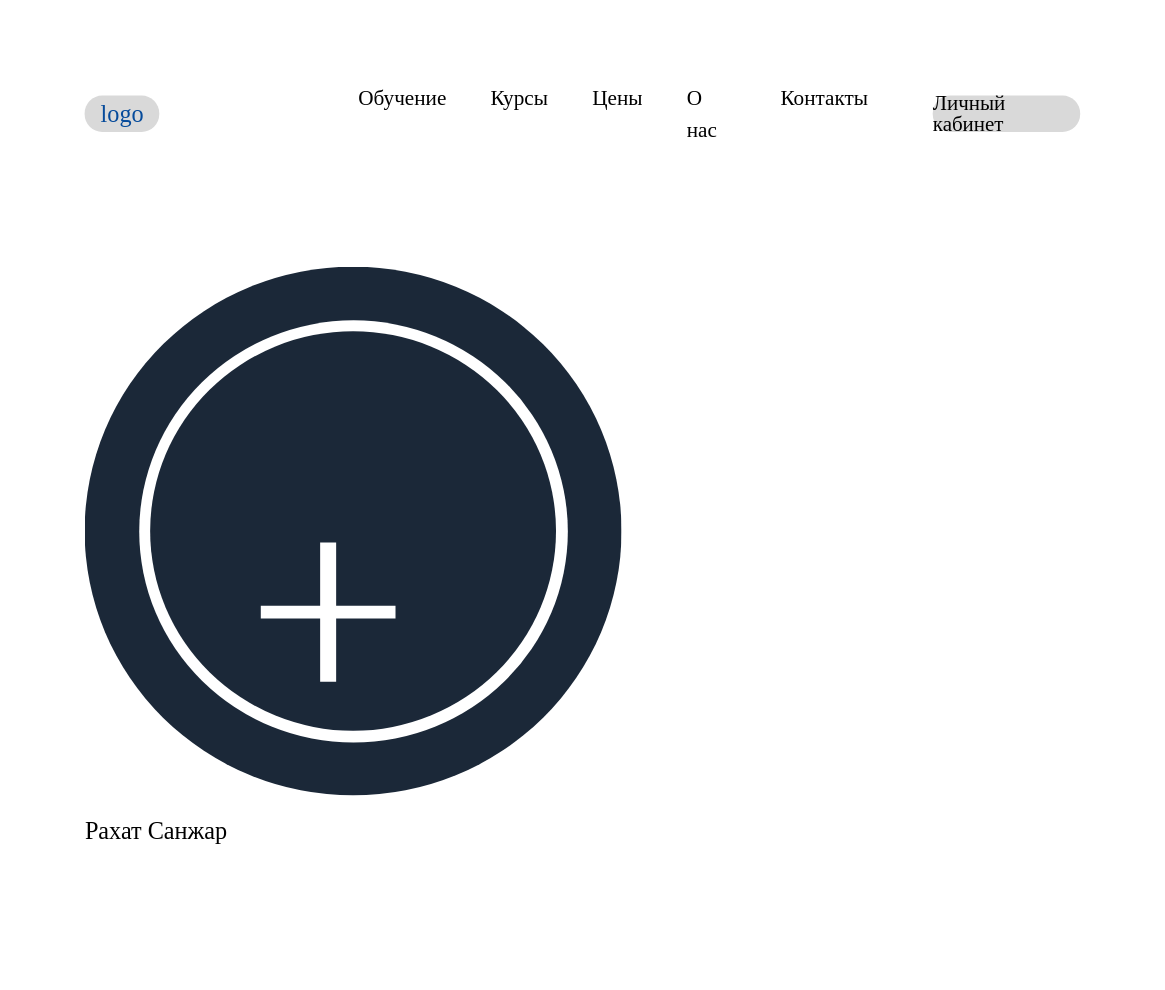
Repository: marjango/course
Page: /auth/profile
The author's editor kept a copy of each file at every save. The page is drawn from the files as they stood at one save, then again after the next save.
The browser window is 1280 px wide. The pictures show the whole page, at 91% of full size.
The project was rebuilt for these pictures with package versions that can differ from the ones it lists, and the page was loaded fresh each time. The framework's server and built-in components were replaced by stand-ins that run in the browser. Also part of the build but not shown: next.config.ts.

Above is the page before, as saved 2025-03-27 17:28:57.

After the next save:
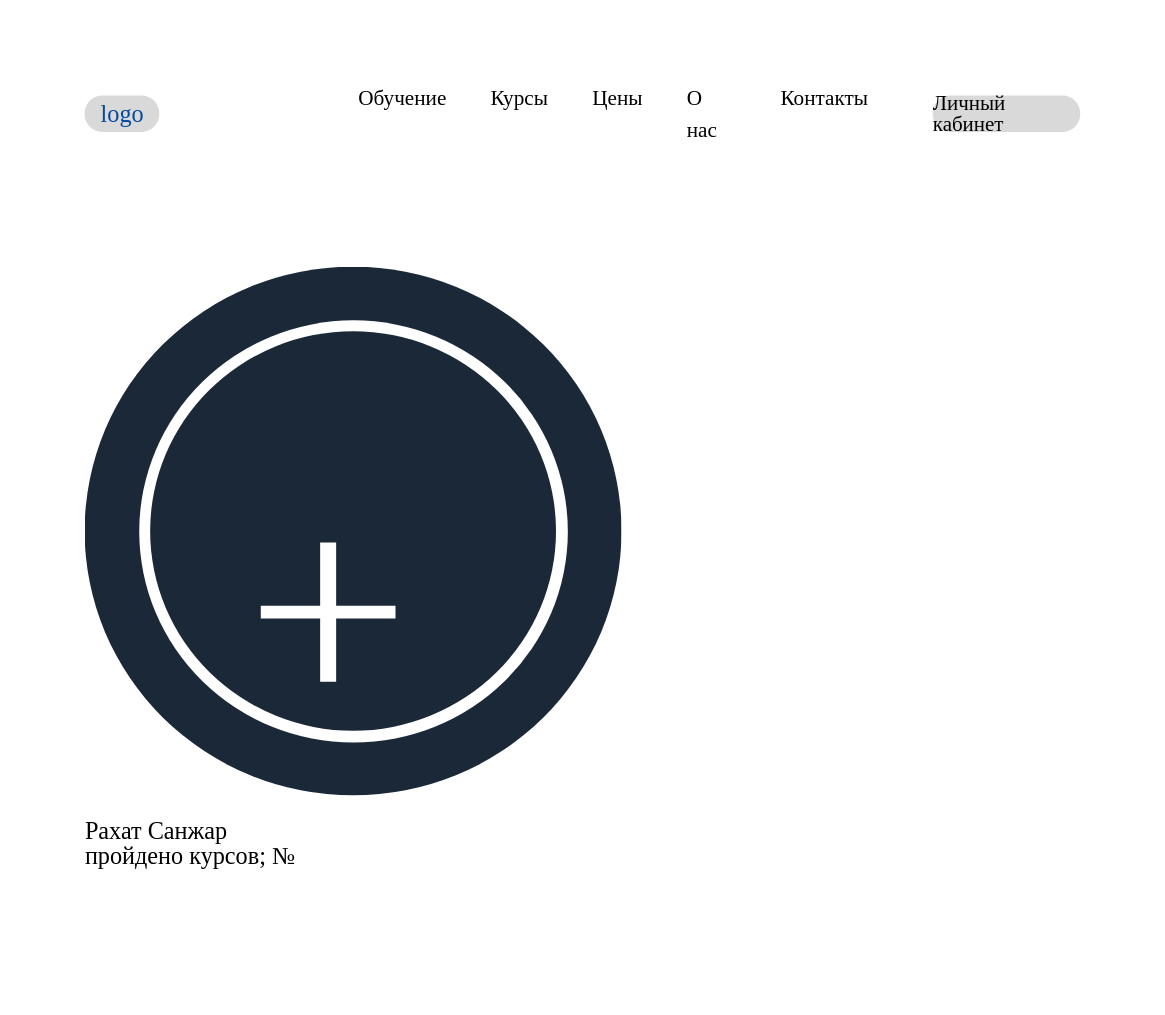
Saved 4 s later.
--- a/app/[auth]/profile/page.tsx
+++ b/app/[auth]/profile/page.tsx
@@ -29,7 +29,7 @@ const profile = () => {
             <Image src={photo} alt="photo"/>
             <div className={s.description}>
                 <p className={s.name}>Рахат Cанжар</p>
-
+                <p>пройдено курсов; №</p>
             </div>
         </div>
       </div>
